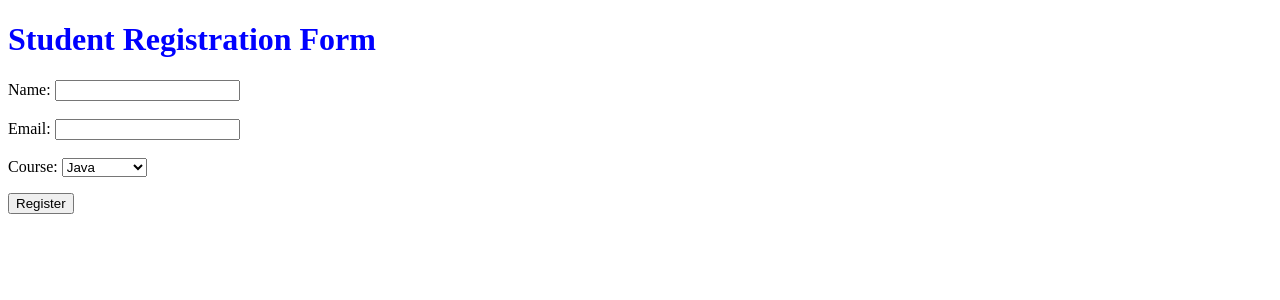
Repository: anik3395/JavaServletProjects
Page: eclipse-workspace/StudentRegistrationSystem/src/main/webapp/registration.html
An editor plug-in stored every save of this project. The page is shown before and after the next save, followed by the edit.
The browser window is 1280 px wide. The pictures show the whole page.

Above is the page before, as saved 2024-10-22 14:01:26.

After the next save:
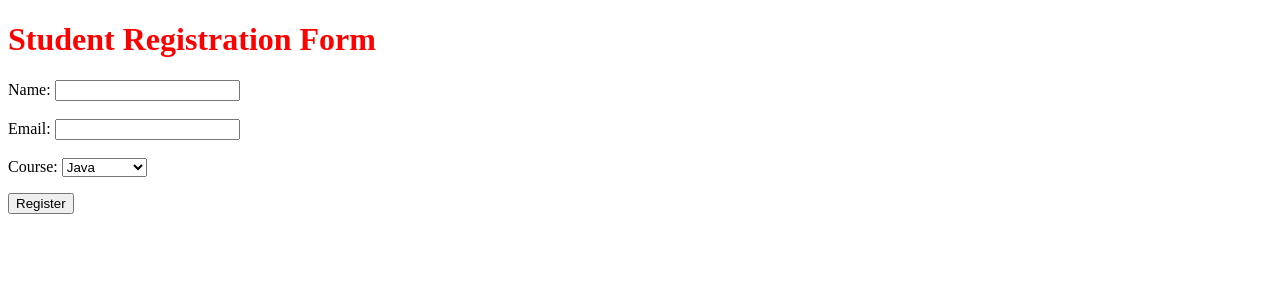
Saved 18 s later.
--- a/eclipse-workspace/StudentRegistrationSystem/src/main/webapp/registration.html
+++ b/eclipse-workspace/StudentRegistrationSystem/src/main/webapp/registration.html
@@ -6,7 +6,7 @@
 </head>
 <body>
 
-<h1 style="color:blue;">Student Registration Form</h1>
+<h1 style="color:red;">Student Registration Form</h1>
 
  <!-- Create a form for Registration -->
 <form action="register" method="post">
